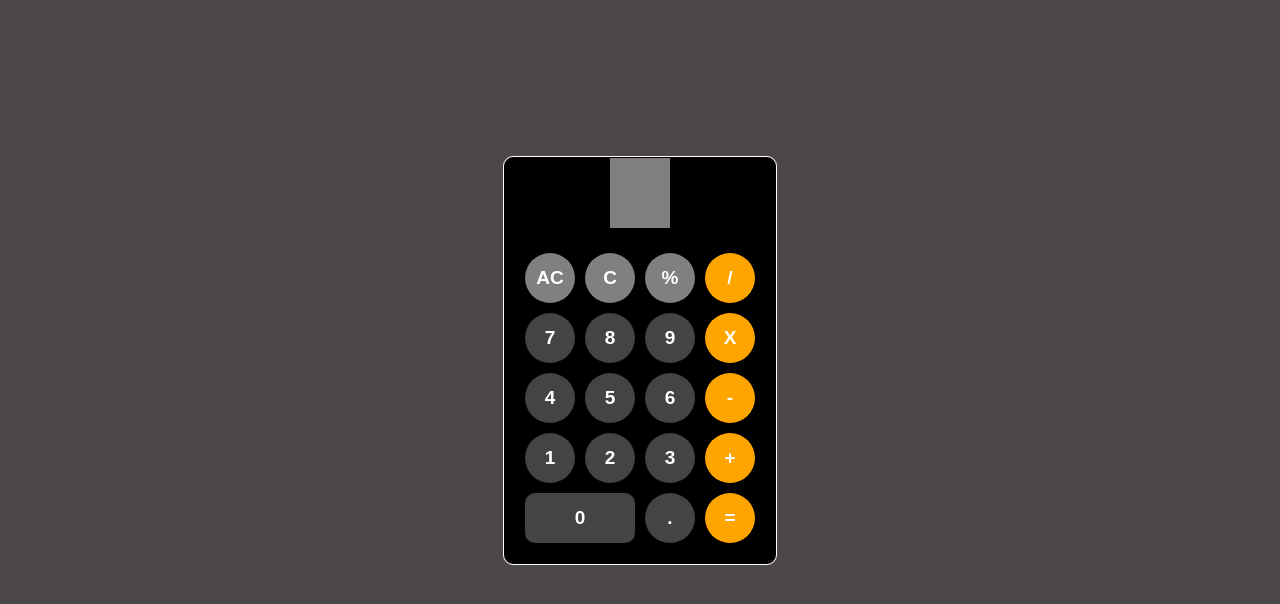
Repository: dmpelaez/calculator
Page: Calculator.html
The author's editor kept a copy of each file at every save. The page is drawn from the files as they stood at one save, then again after a run of saves.
The browser window is 1280 px wide. The pictures show the whole page.

Above is the page before, as saved 2025-12-16 00:35:14.

### Calculator.html
<!DOCTYPE html>

  <html>
    <head>

      <title>Calculator</title>

      <!--CSS-->
      <link rel="stylesheet" href="Calculator.css">

    </head>
    <body>
      <!--Container-->
      <main class="container">

        <!--Sections-->
        <section class="Section">

          <!--Input section-->
          <input class="inputSection" name="display" value="" disabled>

          <!--Btns section-->
          <div class="btnSection">
            <button class="btn cancel">AC</button>
            <button class="btn signs">C</button>
            <button class="btn rmnder" onclick="appendNumber('%')">%</button>
            <button class="btn divide" onclick="appendNumber(' / ')">/</button>
            <button class="btn seven" onclick="appendNumber('7')">7</button>
            <button class="btn eight" onclick="appendNumber('8')">8</button>
            <button class="btn nine" onclick="appendNumber('9')">9</button>
            <button class="btn times" onclick="appendNumber(' * ')">X</button>
            <button class="btn four" onclick="appendNumber('4')">4</button>
            <button class="btn five" onclick="appendNumber('5')">5</button>
            <button class="btn six" onclick="appendNumber('6')">6</button>
            <button class="btn minus"  onclick="appendNumber(' - ')">-</button>
            <button class="btn one" onclick="appendNumber('1')">1</button>
            <button class="btn two" onclick="appendNumber('2')">2</button>
            <button class="btn three" onclick="appendNumber('3')">3</button>
            <button class="btn plus"  onclick="appendNumber(' + ')">+</button>
            <button class="btn zero" onclick="appendNumber('0')">0</button>
            <button class="btn dot" onclick="appendNumber('.')" >.</button>
            <button class="btn equal" onclick="equal()"">=</button>
          </div>
        </section>


      </main>

      <script src="Calculator.js"></script>
    </body>

  </html>

### Calculator.css
body {
  margin: 0;
  padding: 0;
  box-sizing: border-box;
  display: flex;
  align-items: center;
  justify-content: center;
  height: 100vh;
  background: rgb(78, 71, 71);
}

.container {
  border: 1px solid white;
  border-radius: 10px;
  overflow: hidden;
}

.Section {
display: flex;
flex-direction: column;
border: 1px solid black;
border-radius: 10px;
gap: 20px;
background: black;
align-items: center;
}
.inputSection {
  color: white;
  padding: 20px;
  padding-bottom: 0px;

  width: 20px;
  height: 50px;

  font-size: 19px;
  font-weight: bold;
  background: gray;
  border: none;

}
.btnSection {
  display: grid;
  grid-template-columns: 1fr 1fr 1fr 1fr;
  padding: 20px;
  gap: 10px;
  padding-top: 5px;
}
.btn {
  border: none;
  height: 50px;
  width: 50px;
  border-radius: 50%;
  font-weight: bold;
  Font-size: 19px;
  cursor: pointer;
  color: white;
  background: rgb(68, 68, 68);
}
.btn:hover {
  opacity: 0.8;
}
.btn:active {
  opacity: 1;
}

.equal {
  grid-column: 4
}
.dot {
  grid-column: 3
}
.zero {
  grid-row: 5;
  grid-column: 1 / 2 span;
  background: white;
  width: auto;
  border-radius: 10px;
  background: rgb(68, 68, 68);
}
.cancel,
.signs,
.rmnder {
  background: gray;
}
.divide,
.times,
.minus,
.plus,
.equal {
  background: orange;
}

### Calculator.js

let answer = '';


function appendNumber(num) {
  answer += num;

  document.querySelector('.inputSection')
  .value = answer;
};


document.querySelector('.cancel')
.addEventListener('click', () => {
    answer = '';
    document.querySelector('.inputSection')
    .value = answer;
})

document.querySelector('.signs')
.addEventListener('click', () => {
  const value = document.querySelector('.inputSection').value.slice(0, -1);
  document.querySelector('.inputSection').value = value;
  answer = value;

});


function equal() {
  document.querySelector('.equal')
  .addEventListener('click', () => {
    try {
      answer = eval(answer);
      document.querySelector('.inputSection').value = answer;
    } catch {
      document.querySelector('.inputSection').value = "Error";
    }
  })
}

After the next 2 saves:
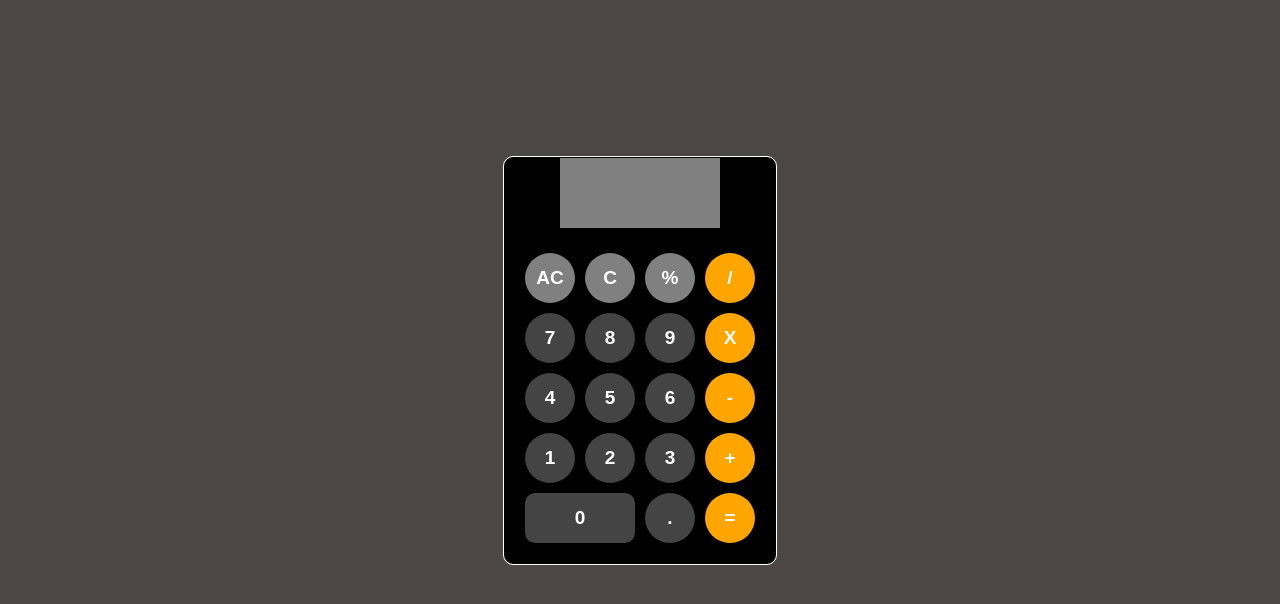
The 2 saves are shown as one change because they came seconds apart.
The last was saved 10 s later.
--- a/Calculator.css
+++ b/Calculator.css
@@ -29,7 +29,7 @@ align-items: center;
   padding: 20px;
   padding-bottom: 0px;
 
-  width: 20px;
+  width: 120px;
   height: 50px;
 
   font-size: 19px;
